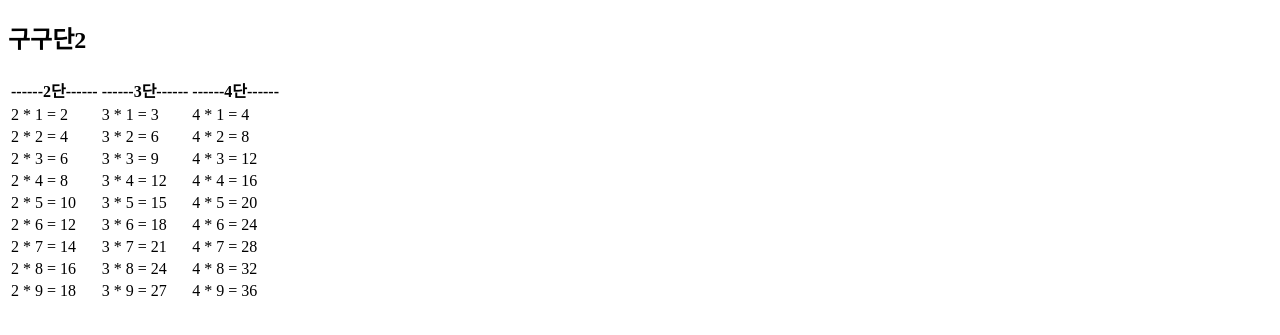
Repository: bluelessman/JSPServlet
Page: http://localhost/ServletStudy/JSPMission/gugudan2.jsp
The author's editor kept a copy of each file at every save. The page is drawn from the files as they stood at one save, then again after the next save.
The browser window is 1280 px wide. The pictures show the whole page.
The page is served by Tomcat 10.

Above is the page before, as saved 2023-12-12 02:50:52.

After the next save:
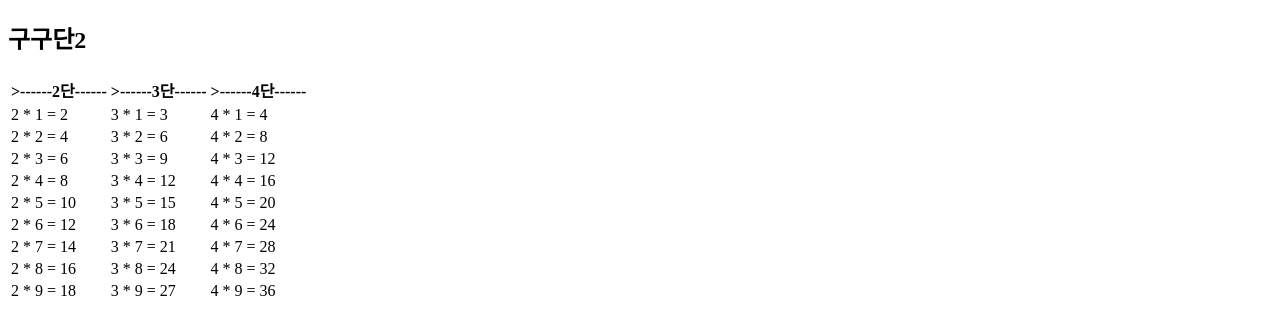
Saved 2 min 51 s later.
--- a/ServletStudy/src/main/webapp/JSPMission/gugudan2.jsp
+++ b/ServletStudy/src/main/webapp/JSPMission/gugudan2.jsp
@@ -8,14 +8,21 @@
 </head>
 <body>
 <h2>구구단2</h2>
+<table>
+<tr>
 <%
 int col;
 if(request.getParameter("col")==null) col = 3;
 else col = Integer.parseInt(request.getParameter("col"));
-out.println("<table><tr>");
+//out.println("<table><tr>");
 for(int i=2;i<col+2;i++){
-	out.println("<th scope=`col`>------"+i+"단------</th>");
+//	out.println("<th scope=`col`>------"+i+"단------</th>");
+%>
+<th scope="col">>------<%=i %>단------</th>
+<%
 }
+%>
+<%
 out.println("</tr>");
 for(int i=1;i<=9;i++){
 	out.println("<tr>");

After the save that followed:
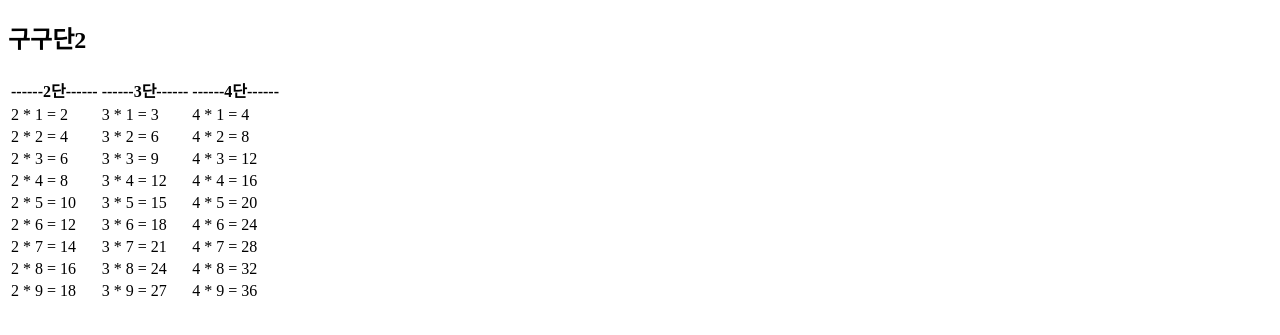
Saved 104 s later.
--- a/ServletStudy/src/main/webapp/JSPMission/gugudan2.jsp
+++ b/ServletStudy/src/main/webapp/JSPMission/gugudan2.jsp
@@ -8,21 +8,14 @@
 </head>
 <body>
 <h2>구구단2</h2>
-<table>
-<tr>
 <%
 int col;
 if(request.getParameter("col")==null) col = 3;
 else col = Integer.parseInt(request.getParameter("col"));
-//out.println("<table><tr>");
+out.println("<table><tr>");
 for(int i=2;i<col+2;i++){
-//	out.println("<th scope=`col`>------"+i+"단------</th>");
-%>
-<th scope="col">>------<%=i %>단------</th>
-<%
+	out.println("<th scope=`col`>------"+i+"단------</th>");
 }
-%>
-<%
 out.println("</tr>");
 for(int i=1;i<=9;i++){
 	out.println("<tr>");
